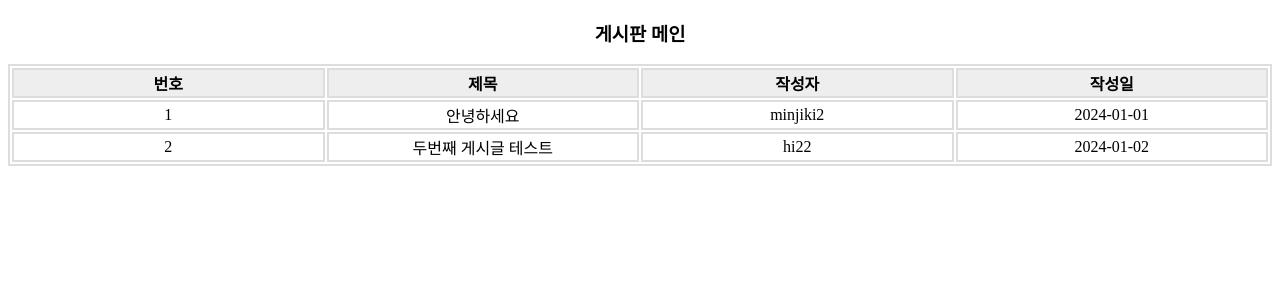
Repository: minjikimkim2222/BBS
Page: http://localhost/BBS/bbs.jsp
These files come from the project's save history. The page is drawn as it stood at one moment and after the next save; the edit follows.
The browser window is 1280 px wide. The pictures show the whole page.
The page is served by Tomcat 9. Other server files are loaded and not shown.

Above is the page before, as saved 2024-01-01 14:31:13.

### BBS/src/main/webapp/bbs.jsp
<%@ page language="java" contentType="text/html; charset=UTF-8"
    pageEncoding="UTF-8"%>
<!DOCTYPE html>
<html>
<head>

	<meta HTTP-EQUIV="content-type" CONTENT="text/html; CHARSET=UTF-8" charset = "UTF-8"> <!--  클라이언트 문자 인코딩 방식  -->
	<meta name="viewport" content="width=device-width, initial-scale=1.0">
	<link rel = "stylesheet" href = "css/bootstrap.css">

	<style>
		.container-fluid {
		background-color : red;


		}

		.container {
			background-color : blue;
		}

		.row {
			background-color : yellow;
		}

		table, th, td {
			border : 2px solid #dddddd;
		}

		table {
		 	width : 100%;
		}
	</style>
	<title>bbs 게시판 화면</title>
</head>
<body>

<!-- 게시판 메인 페이지 영역 시작  -->

	<div class = "my-container">
		<div class = "my-row">
			<h3 style = "text-align : center;">게시판 메인</h3>

			<div class = "my-container-fluid">
				<table class = "table table-striped" style = "text-align : center;">
					<thead>
						<tr>
							<th style = "background-color : #eeeeee" >번호</th>
							<th style = "background-color : #eeeeee">제목</th>
							<th style = "background-color : #eeeeee">작성자</th>
							<th style = "background-color : #eeeeee">작성일</th>
						</tr>
					</thead>
					<tbody>
						<tr>
							<td width = "25%">1</td>
							<td width = "25%">안녕하세요</td>
							<td width = "25%">minjiki2</td>
							<td width = "25%">2024-01-01</td>
						</tr>

						<tr>
							<td width = "25%">2</td>
							<td width = "25%">두번째 게시글 테스트</td>
							<td width = "25%">hi22</td>
							<td width = "25%">2024-01-02</td>
						</tr>
					</tbody>
				</table>

			<!-- 글쓰기 버튼 생성, 버튼 누르면 write.jsp 페이지로 이동할 것 -->
			</div>
		</div>
	</div>
</body>
</html>

### BBS/src/main/webapp/css/bootstrap.css
@charset "UTF-8";

.form-group {
  margin-bottom: 20px;
}

.form-control {
  display: block;
  width: 100%;
  height: 40px;
  padding: 10px 15px;
  font-size: 14px;
  line-height: 1.42857143;
  color: #555;
  background-color: #fff;
  background-image: none;
  border: 1px solid #ccc;
  border-radius: 4px;
  -webkit-box-shadow: inset 0 1px 1px rgba(0, 0, 0, .075);
          box-shadow: inset 0 1px 1px rgba(0, 0, 0, .075);
  -webkit-transition: border-color ease-in-out .15s, -webkit-box-shadow ease-in-out .15s;
       -o-transition: border-color ease-in-out .15s, box-shadow ease-in-out .15s;
          transition: border-color ease-in-out .15s, box-shadow ease-in-out .15s;
  box-sizing: border-box; /* 추가된 부분 */
}

.container {
  padding-right: 15px;
  padding-left: 15px;
  margin-right: auto;
  margin-left: auto;

}

.jumbotron {
  padding-top: 30px;
  padding-bottom: 30px;
  margin-bottom: 30px;
  color: inherit;
  background-color: #eee;
  box-sizing: border-box; /* 추가된 부분 */
}

.col-lg-4 {
  width: 33.33333333%;
}


.col-lg-5 {
    width: 41.66666667%;
}


/* 게시판 기능 추가 이후 */

/*
table {
  background-color: transparent;
}

.table-striped > tbody > tr:nth-of-type(odd) {
  background-color: #f9f9f9;
}

.col-lg-8 {
  width: 66.66666667%;
}

 .row {
  margin-right: -15px;
  margin-left: -15px;
}
*/

After the next save:
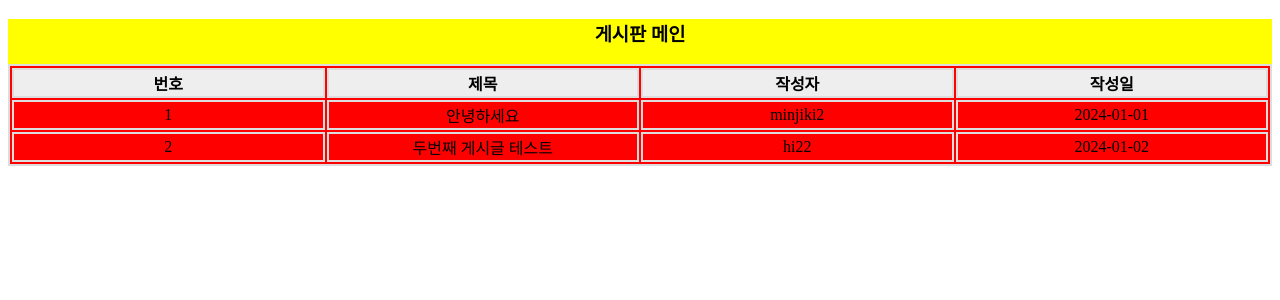
Saved 12 s later.
--- a/BBS/src/main/webapp/bbs.jsp
+++ b/BBS/src/main/webapp/bbs.jsp
@@ -9,17 +9,17 @@
 	<link rel = "stylesheet" href = "css/bootstrap.css">
 
 	<style>
-		.container-fluid {
+		.my-container-fluid {
 		background-color : red;
 
 
 		}
 
-		.container {
+		.my-container {
 			background-color : blue;
 		}
 
-		.row {
+		.my-row {
 			background-color : yellow;
 		}
 

After the save that followed:
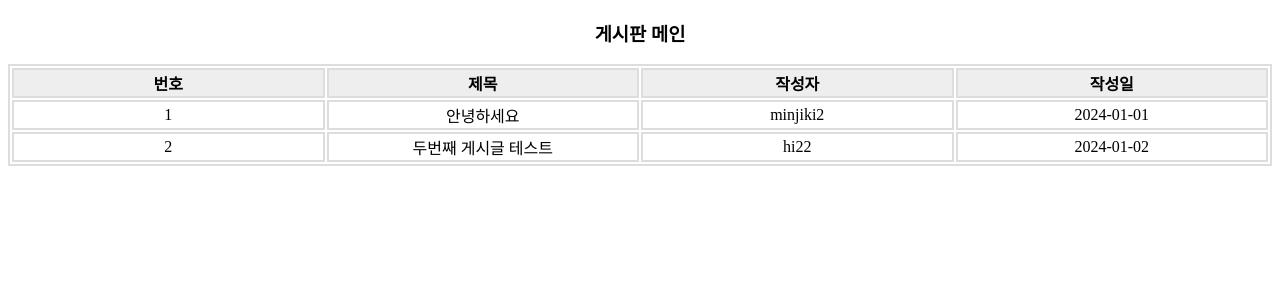
Saved 9 s later.
--- a/BBS/src/main/webapp/bbs.jsp
+++ b/BBS/src/main/webapp/bbs.jsp
@@ -9,19 +9,6 @@
 	<link rel = "stylesheet" href = "css/bootstrap.css">
 
 	<style>
-		.my-container-fluid {
-		background-color : red;
-
-
-		}
-
-		.my-container {
-			background-color : blue;
-		}
-
-		.my-row {
-			background-color : yellow;
-		}
 
 		table, th, td {
 			border : 2px solid #dddddd;
